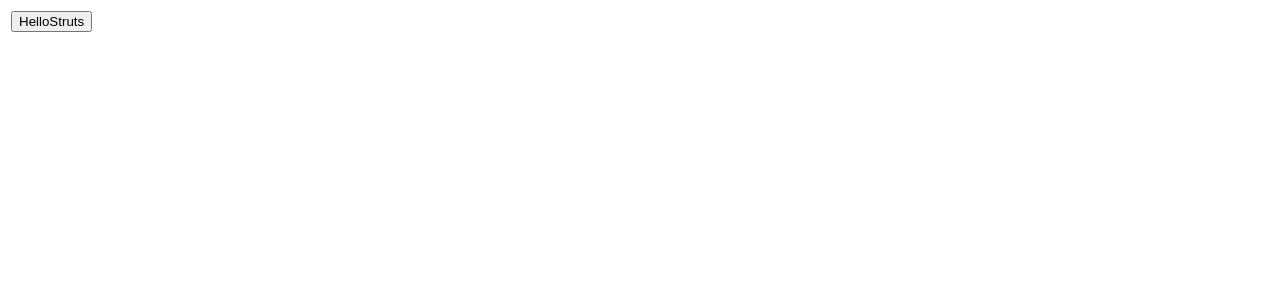
Repository: NoriakiYasumura/test01
Page: http://localhost/WebProj5/
An editor plug-in stored every save of this project. The page is shown before and after the next save, followed by the edit.
The browser window is 1280 px wide. The pictures show the whole page.
The page is served by Tomcat 9.

Above is the page before, as saved 2019-04-02 07:24:17.

After the next save:
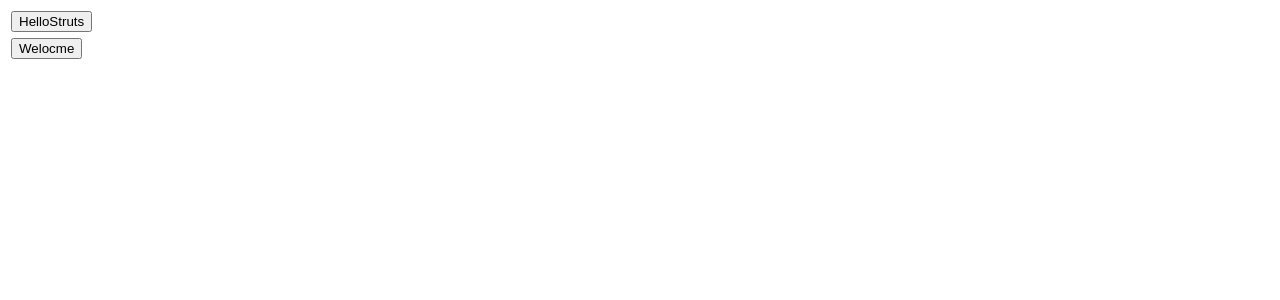
Saved 3 min 25 s later.
--- a/WebProj5/WebContent/index.jsp
+++ b/WebProj5/WebContent/index.jsp
@@ -11,5 +11,11 @@
 		<s:form action="HelloStrutsAction">
 			<s:submit value="HelloStruts"/>
 		</s:form>
+
+		<s:form action="WelcomeAction">
+			<s:submit value="Welocme"/>
+		</s:form>
+
+
 	</body>
 </html>
